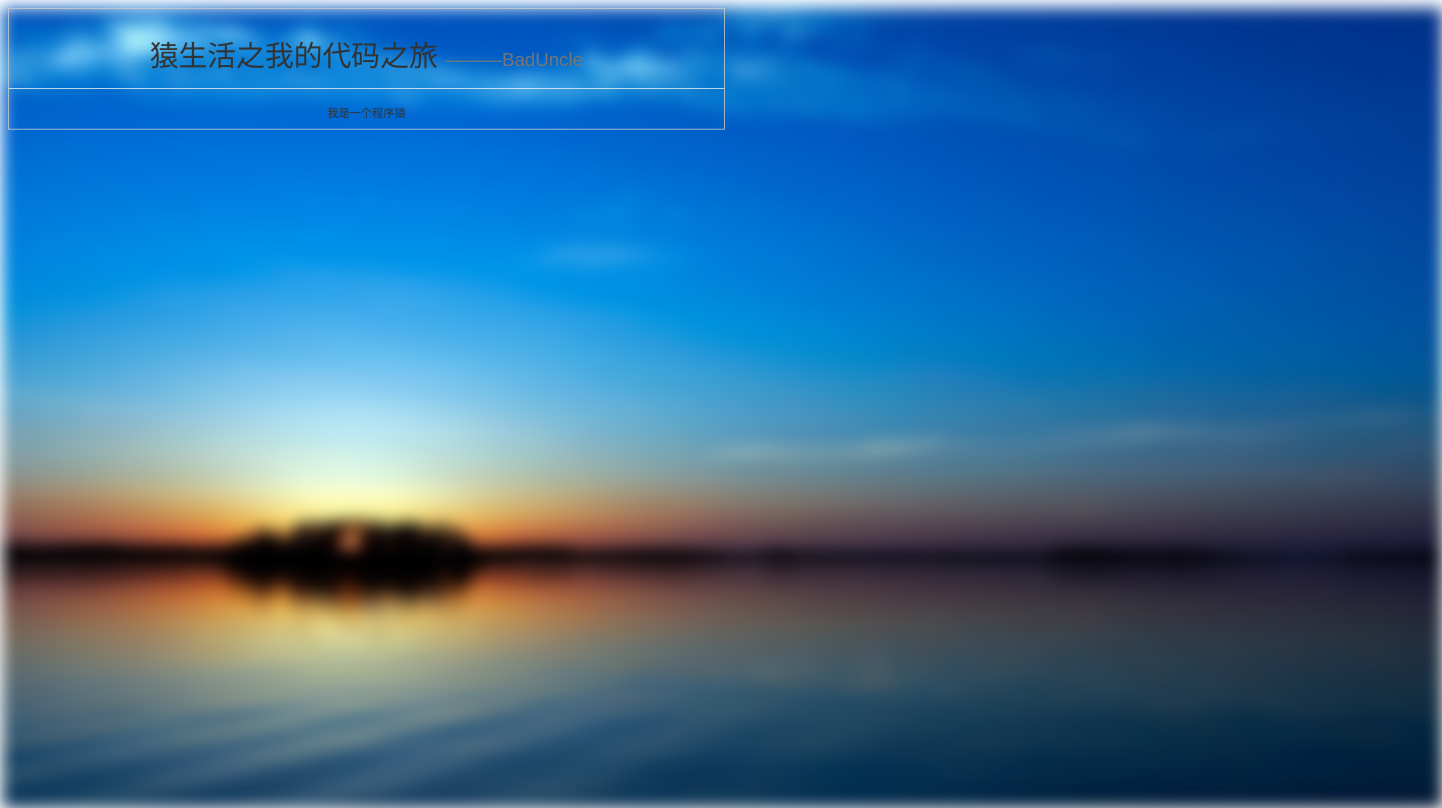
Repository: lidasi/monkeyLife
Page: http://localhost/monkeyLife/jsp/infopage.jsp
These files come from the project's save history. The page is drawn as it stood at one moment and after the next save; the edit follows.
The browser window is 1280 px wide. The page is 1803 px wide, so the pictures cover 1803 px, including what lies to the right of the window. The pictures show the whole page, at 80% of full size.
The page is served by Tomcat 9.

Above is the page before, as saved 2017-07-13 08:02:07.

### workSpeaces/monkeyLife/WebContent/jsp/infopage.jsp
<%@ page language="java" contentType="text/html; charset=UTF-8"
    pageEncoding="UTF-8"%>
<!DOCTYPE html PUBLIC "-//W3C//DTD HTML 4.01 Transitional//EN" "http://www.w3.org/TR/html4/loose.dtd">
<html>
<head>
<meta http-equiv="Content-Type" content="text/html; charset=UTF-8">
<link rel="stylesheet" type="text/css" media="screen" href="../ui/bootstrap/css/bootstrap.min.css">
<link rel="stylesheet" type="text/css" media="screen" href="../css/info.css">
<script type="text/javascript" src="../js/jquery-1.10.2.min.js"></script>
<script type="text/javascript">
        $(function(){
        	 var height = 1000;
             var width = 1800;
             $("#infoImage").height(height).width(width);

        });
    </script>
<title>infoPage</title>
</head>
<body>
	<div id="infoRelative">
		<div id="infoImage"></div>
	</div>
	<div id="content">
		<div class="page-header">
		    <h1>猿生活之我的代码之旅
		        <small>———BadUncle</small>
		    </h1>
		</div>
		<p>我是一个程序猿</p>
	</div>

</body>
</html>

### workSpeaces/monkeyLife/WebContent/css/info.css
@CHARSET "UTF-8";
#infoRelative{position:relative;
	width:100%;
	height:100%}
#infoImage{
	position:absolute;
	left:3px;
	top:10px;
/*    border: 1px solid #CCCCCC;
    padding:90px 5px 10px;*/
    background: url("../image/dock/infoImage_001.jpg") no-repeat;
    background-size: cover;
    -webkit-filter: blur(10px);
    -ms-filter: blur(10px);
    filter: progid:DXImageTransform.Microsoft.Blur(PixelRadius=10, MakeShadow=false);
    animation:mymove 5s infinite;
    -webkit-animation:mymove 5s infinite;
}
 @keyframes mymove
{
    0%   {top:10px; background:url("../image/dock/infoImage_001.jpg"); position:absolute;}
    50% {top:10px; background:url("../image/dock/infoImage_002.jpg"); position:absolute;}
    100% {top:10px; background:url("../image/dock/infoImage_001.jpg"); position:absolute;}
}

@-webkit-keyframes mymove
{
    0%   {top:0px; background:url("../image/dock/infoImage_001.jpg" position:absolute;);
    }
    50%   {top:0px; background:url("../image/dock/infoImage_002.jpg" position:absolute;);
    }
    100% {top:0px; background:url("../image/dock/infoImage_001.jpg" position:absolute;);
    }
}

#content {position:absolute;
	left:10px;
	top:10px;
	border: 1px solid #CCCCCC;
	width: 70%;
	text-align: center;
	}

Loaded but not shown: workSpeaces/monkeyLife/WebContent/ui/bootstrap/css/bootstrap.min.css (library); workSpeaces/monkeyLife/WebContent/js/jquery-1.10.2.min.js (library)

After the next save:
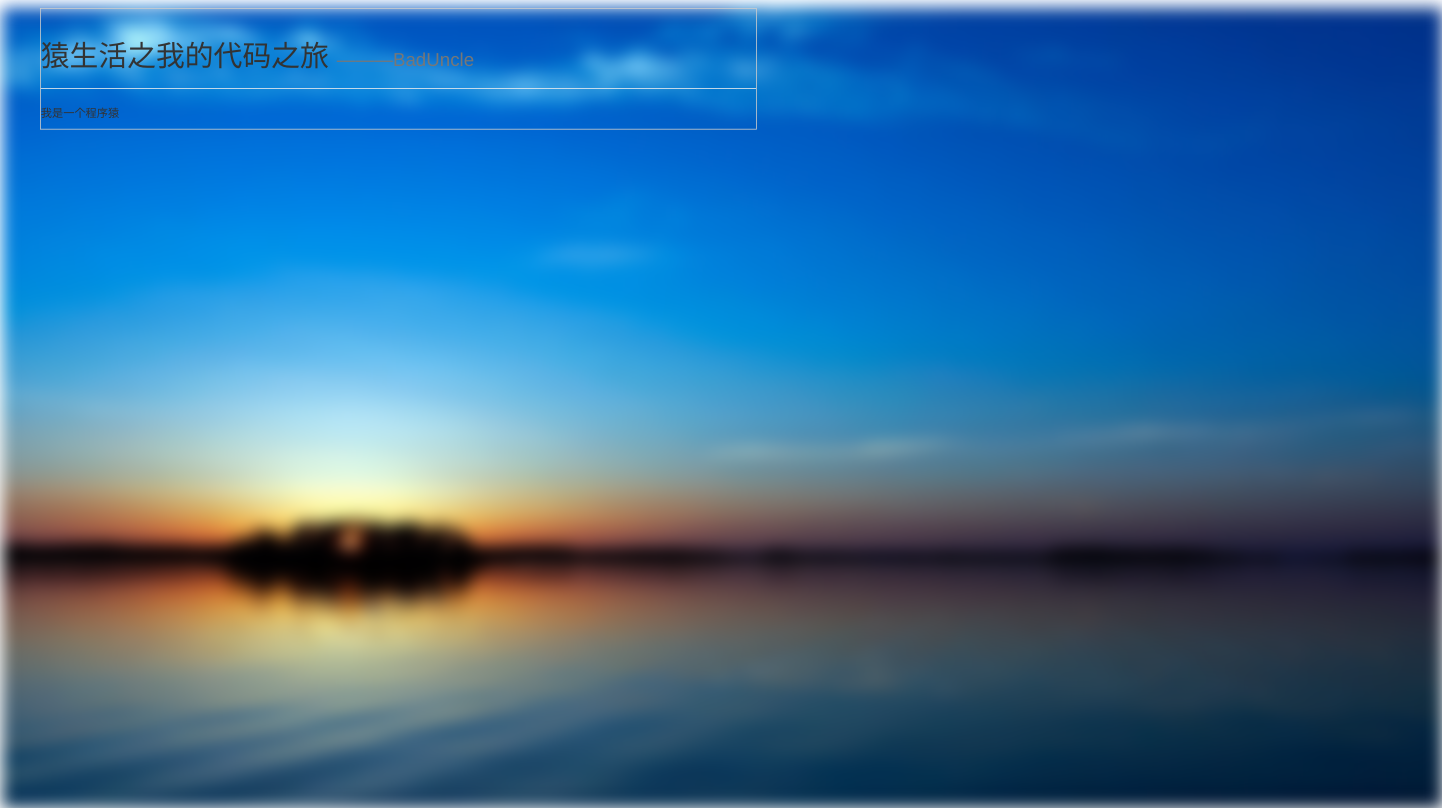
Saved 11 s later.
--- a/workSpeaces/monkeyLife/WebContent/css/info.css
+++ b/workSpeaces/monkeyLife/WebContent/css/info.css
@@ -34,9 +34,9 @@
 }
 
 #content {position:absolute;
-	left:10px;
+	left:50px;
 	top:10px;
 	border: 1px solid #CCCCCC;
 	width: 70%;
-	text-align: center;
+
 	}
